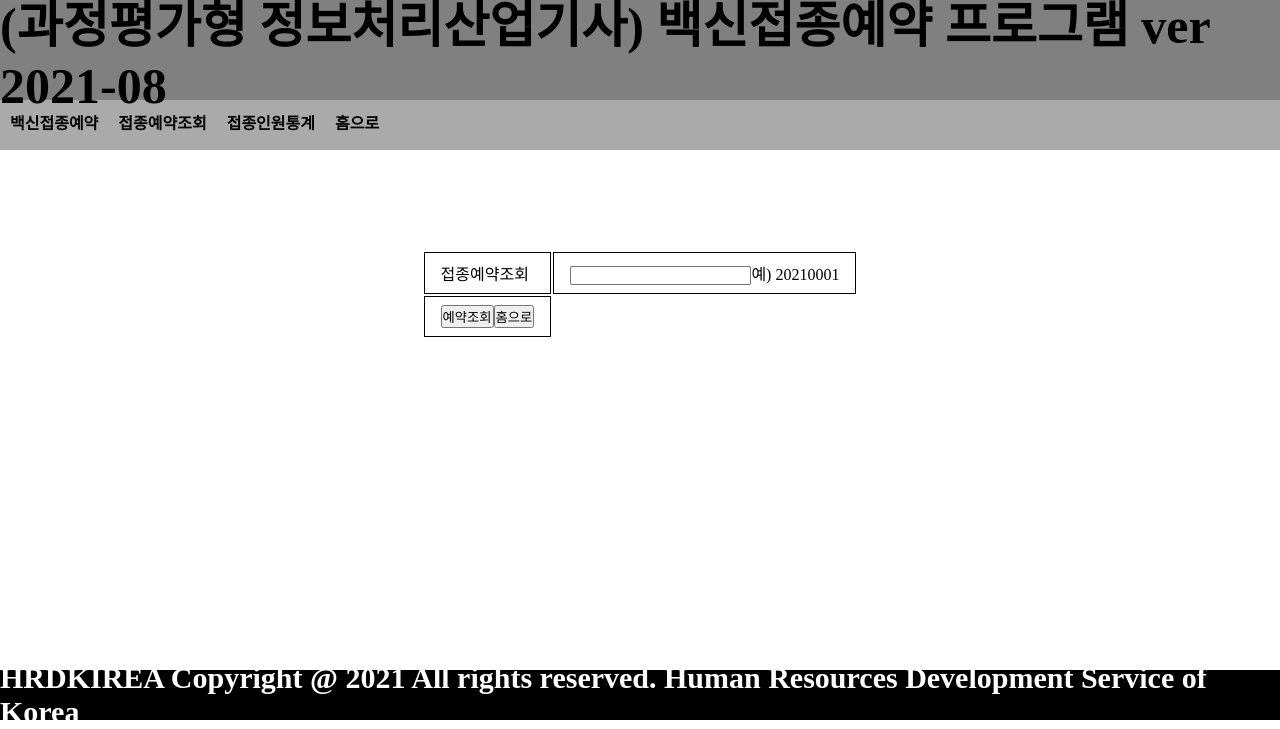
Repository: Ranranruo/info-processing
Page: http://localhost/20250424/view.jsp
An editor plug-in stored every save of this project. The page is shown before and after the next save, followed by the edit.
The browser window is 1280 px wide. The pictures show the whole page.
The page is served by Tomcat 9.

Above is the page before, as saved 2025-04-24 07:01:02.

### 20250424/src/main/webapp/view.jsp
<%@page import="java.sql.Connection"%>
<%@page import="java.sql.DriverManager"%>
<%@ page language="java" contentType="text/html; charset=UTF-8"
    pageEncoding="UTF-8"%>
<%
	Class.forName("oracle.jdbc.OracleDriver");
	String no = request.getParameter("no");
	Connection con = DriverManager.getConnection("jdbc:oracle:thin:@//localhost:1521/xe", "system", "1234");
%>
<!DOCTYPE html>
<html>
<head>
<meta charset="UTF-8">
<title>Insert title here</title>
<style>
* {padding:0; margin: 0; text-decoration: none; color: inherit;}
.c { display: flex; justify-content: center; align-items: center;}
td{ border: 1px solid black; padding: .5em 1em;}
</style>
</head>
<body>
<header class="c" style="background-color: gray; color: #000; font-weight: bold; font-size: 50px; height: 100px;">(과정평가형 정보처리산업기사) 백신접종예약 프로그램 ver 2021-08</header>
<nav style="display: flex; padding: 10px; gap: 20px; background: #aaa; color: black; font-weight: bold; height:30px;">
<a href="insert.jsp">백신접종예약</a>
<a href="select.jsp">접종예약조회</a>
<a href="view.jsp">접종인원통계</a>
<a href="index.jsp">홈으로</a>
</nav>
<section style="min-height: calc(100vh - 200px); display: flex; flex-direction: column; align-items: center;">
<h1 class="c" style="padding: 50px;"></h1>
<form action="selectDetail.jsp">
<table>
<tr>
<td>접종예약조회</td>
<td>
	<input id="no" name="no"/>예) 20210001
</td>
</tr>
<tr>
<td colspan="2" style="display: flex; justify-content: center;">
<button>예약조회</button>
<button id="reset" type="reset">홈으로</button>
</td>
</tr>
</table>
</form>
</section>
<footer class="c" style="background-color: black; color: #fff; font-weight: bold; font-size: 30px; height: 50px;">HRDKIREA Copyright @ 2021 All rights reserved. Human Resources Development Service of Korea</footer>
<script>
const $ = (s) => document.querySelector(s);
$("form").addEventListener("submit", (e)=> {
	e.preventDefault();
	if($("#no").value == "") {
		alert("접종예약번호가 입력되지 않았습니다.");
		e.preventDefault();
		$("#no").focus();
	}

});
$("#reset").addEventListener("click", ()=> {
	location.href="index.jsp";
});
</script>
</body>
</html>

After the next save:
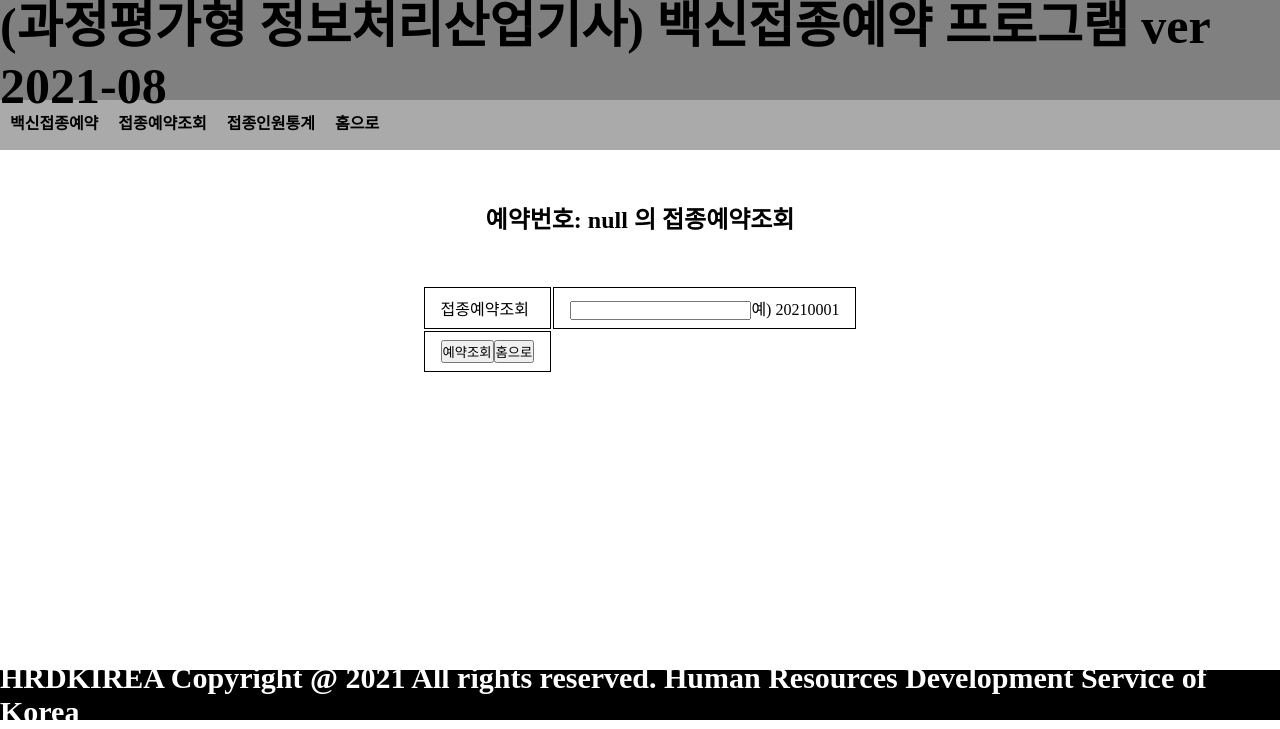
Saved 61 s later.
--- a/20250424/src/main/webapp/view.jsp
+++ b/20250424/src/main/webapp/view.jsp
@@ -27,7 +27,7 @@ td{ border: 1px solid black; padding: .5em 1em;}
 <a href="index.jsp">홈으로</a>
 </nav>
 <section style="min-height: calc(100vh - 200px); display: flex; flex-direction: column; align-items: center;">
-<h1 class="c" style="padding: 50px;"></h1>
+<h1 class="c" style="padding: 50px;">예약번호: <%=no %> 의 접종예약조회</h1>
 <form action="selectDetail.jsp">
 <table>
 <tr>
